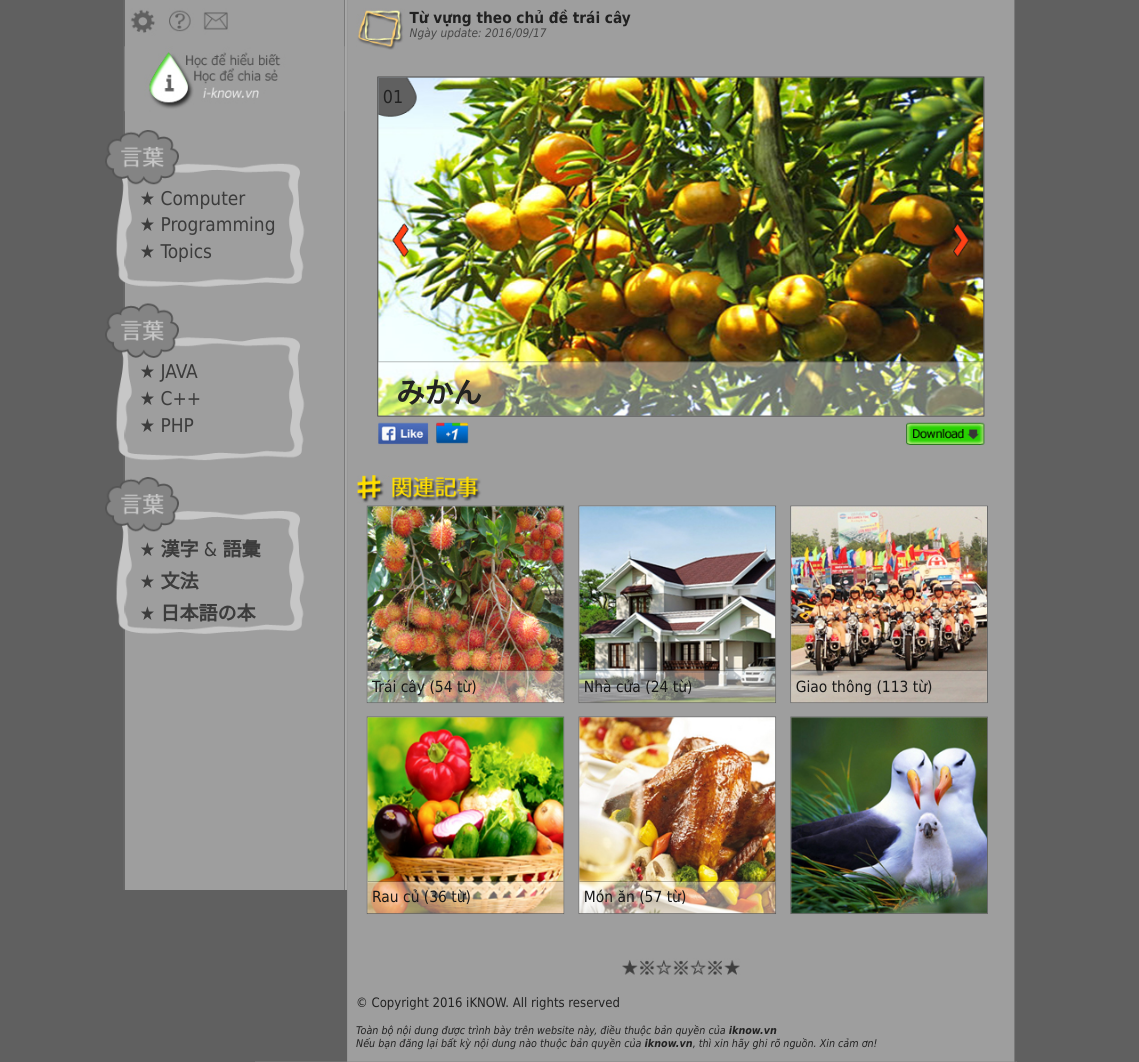
Repository: ruanonglam/_workspace
Page: Web Design/iknow.vn/WebContent/cotoba-view.html
These files come from the project's save history. The page is drawn as it stood at one moment and after the next save; the edit follows.
The browser window is 1280 px wide. The pictures show the whole page, at 89% of full size.

Above is the page before, as saved 2016-09-18 05:57:15.

After the next save:
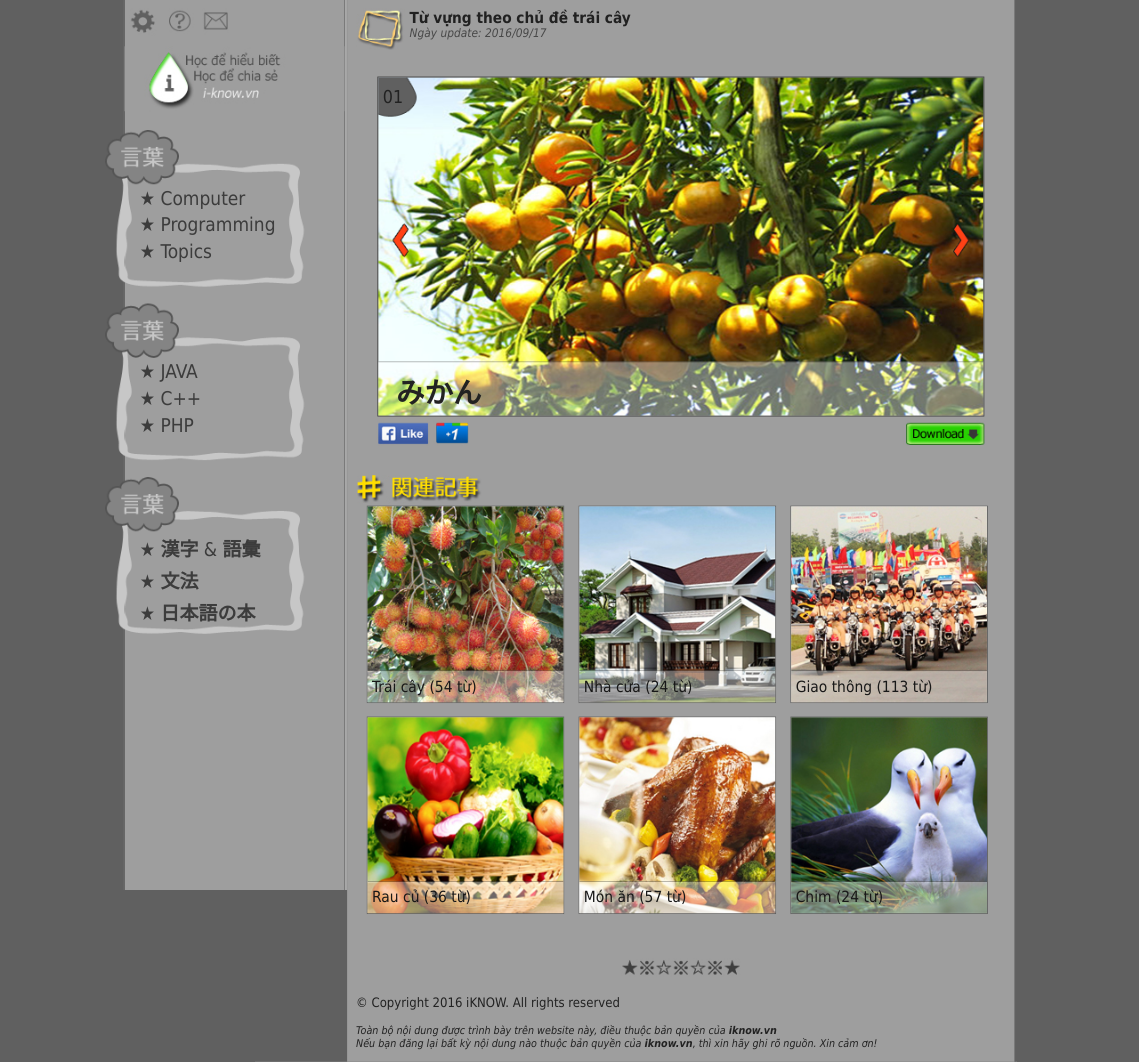
Saved 12 s later.
--- a/Web Design/iknow.vn/WebContent/cotoba-view.html
+++ b/Web Design/iknow.vn/WebContent/cotoba-view.html
@@ -136,6 +136,8 @@
 				</div>
 				<div class="right_relate_item">
 					<a href="#"><img alt="Vocabulary" src="_img/sample/chim/_thumb_chim.jpg"></a>
+					<div id="_title"></div>
+					<font>Chim (24 từ)</font>
 				</div>
 			</div>
 
